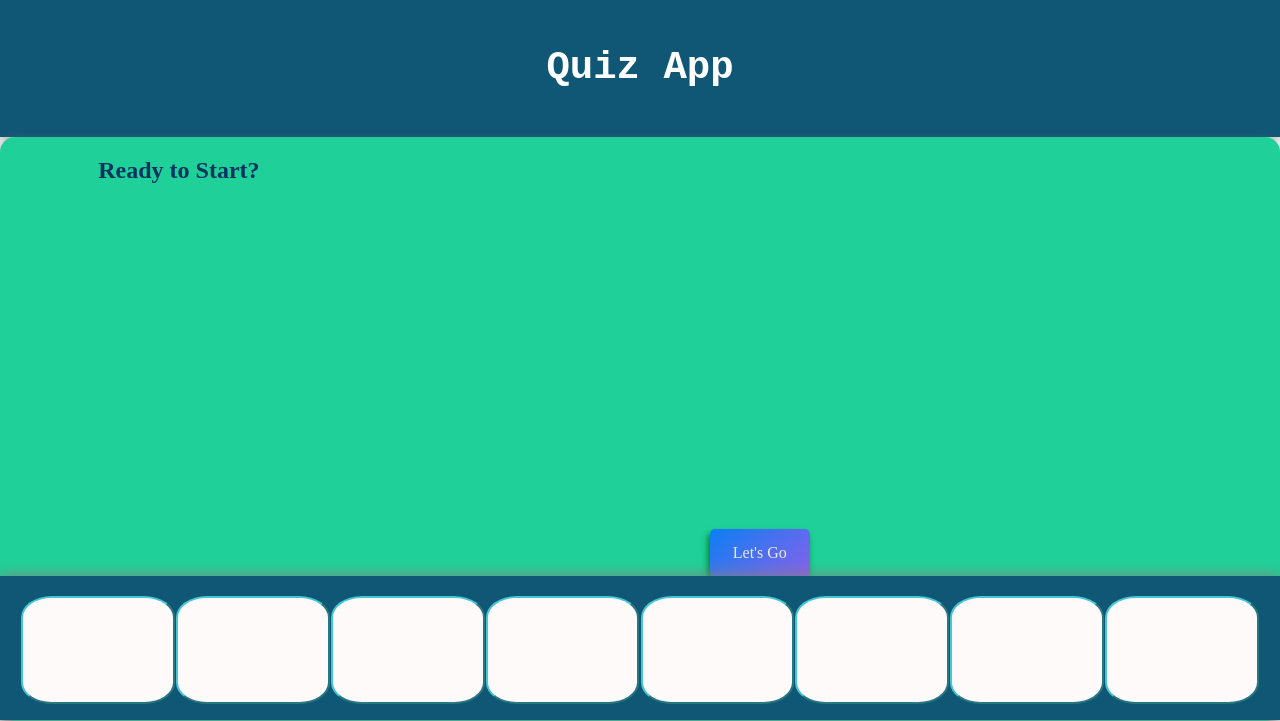
Repository: tpic12/quiz_app
Page: index.html
An editor plug-in stored every save of this project. The page is shown before and after the next save, followed by the edit.
The browser window is 1280 px wide. The pictures show the whole page.

Above is the page before, as saved 2019-12-28 14:56:31.

After the next save:
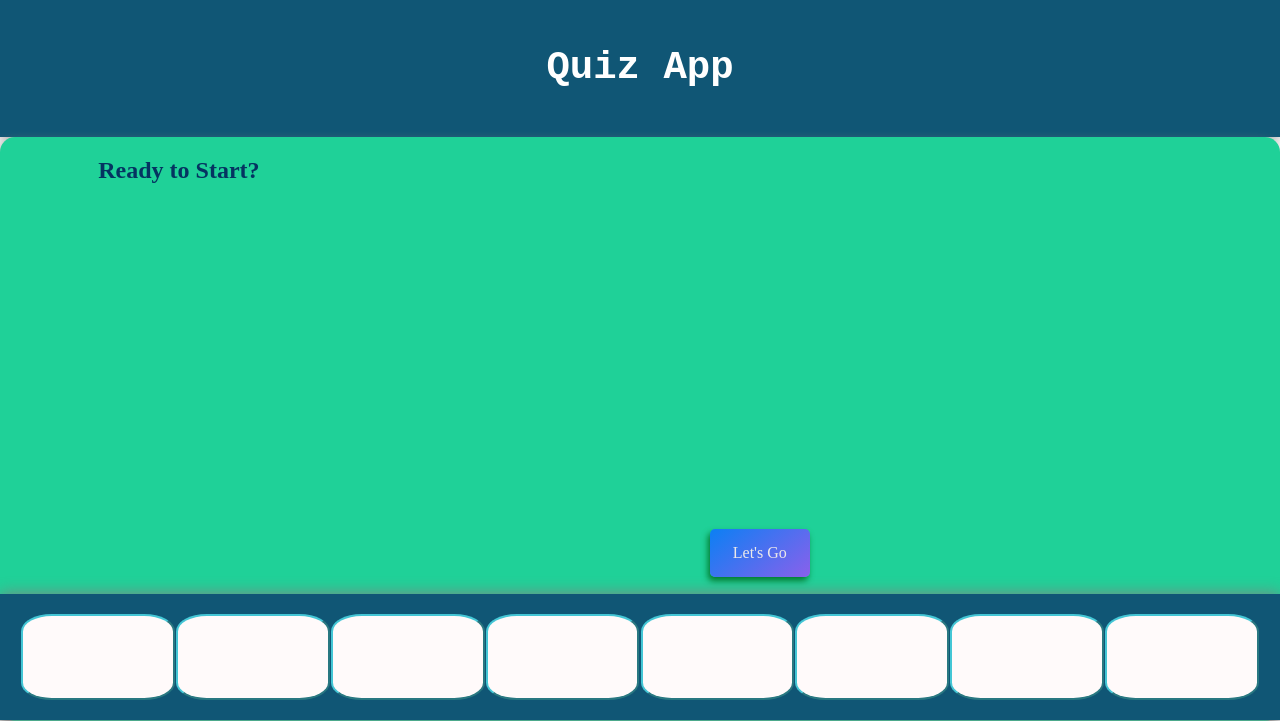
Saved 13 s later.
--- a/app.css
+++ b/app.css
@@ -105,7 +105,7 @@ footer {
   border-radius: 20%;
   flex-direction: row;
   width: 12vw;
-  height: 15vh;
+  height: 12vh;
   background-color: hsl(0, 100%, 99%);
   padding: 15px;
   -webkit-border-radius: 20%;
